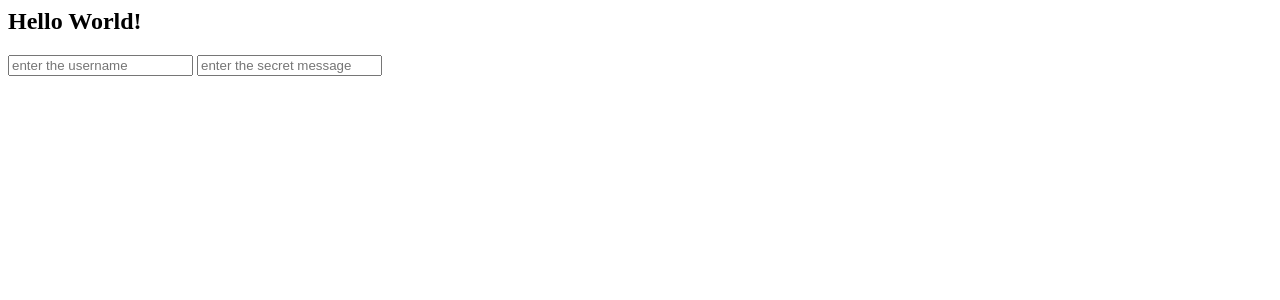
Repository: Nitin-Kalshetty/Training_Java
Page: http://localhost/SecretMessage/
The author's editor kept a copy of each file at every save. The page is drawn from the files as they stood at one save, then again after the next save.
The browser window is 1280 px wide. The pictures show the whole page.
The page is served by Tomcat 9.

Above is the page before, as saved 2023-05-31 09:45:45.

After the next save:
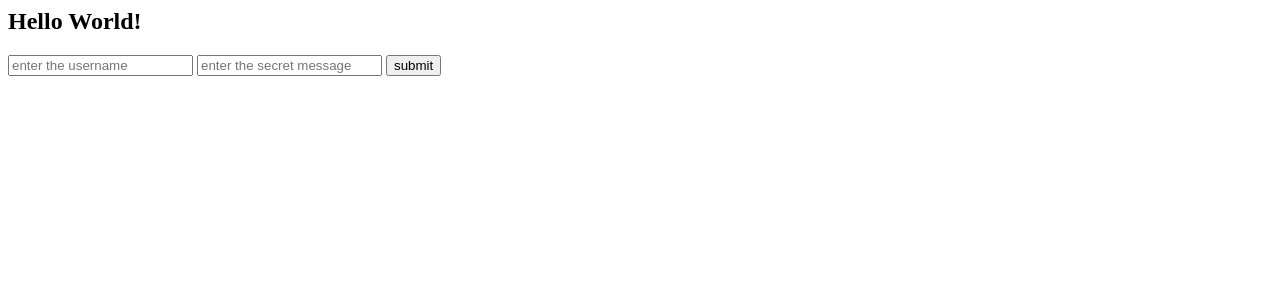
Saved 2 min 24 s later.
--- a/SecretMessage/src/main/webapp/index.jsp
+++ b/SecretMessage/src/main/webapp/index.jsp
@@ -5,6 +5,7 @@
 <form action="">
 	<input name="username" placeholder="enter the username" />
 	<input name="secretMsg" placeholder="enter the secret message" />
+	<input type="submit" value="submit"/>
 
 </form>
 </body>
